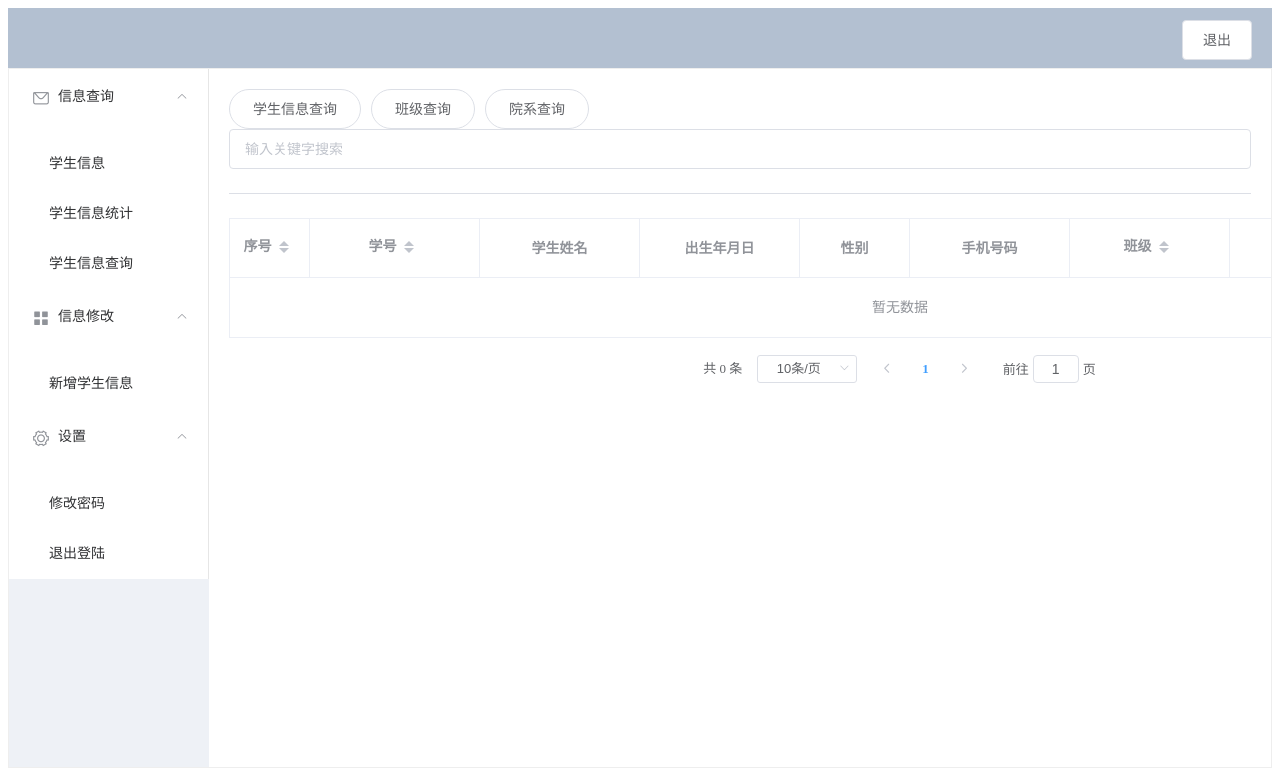
Repository: zhu-jun-xian/Student_information_management_system
Page: /selectstudent (app in front_end/front_end/)
The author's editor kept a copy of each file at every save. The page is drawn from the files as they stood at one save, then again after the next save.
The browser window is 1280 px wide. The pictures show the whole page.
The page's requests for data from a server got no answer. The project was rebuilt for these pictures with package versions that can differ from the ones it lists, and the page was loaded fresh each time. No one was signed in, and anything a server would have sent is missing. Also part of the build but not shown: front_end/front_end/src/components/login.vue, front_end/front_end/src/components/register.vue.

Above is the page before, as saved 2020-11-23 19:16:13.

After the next save:
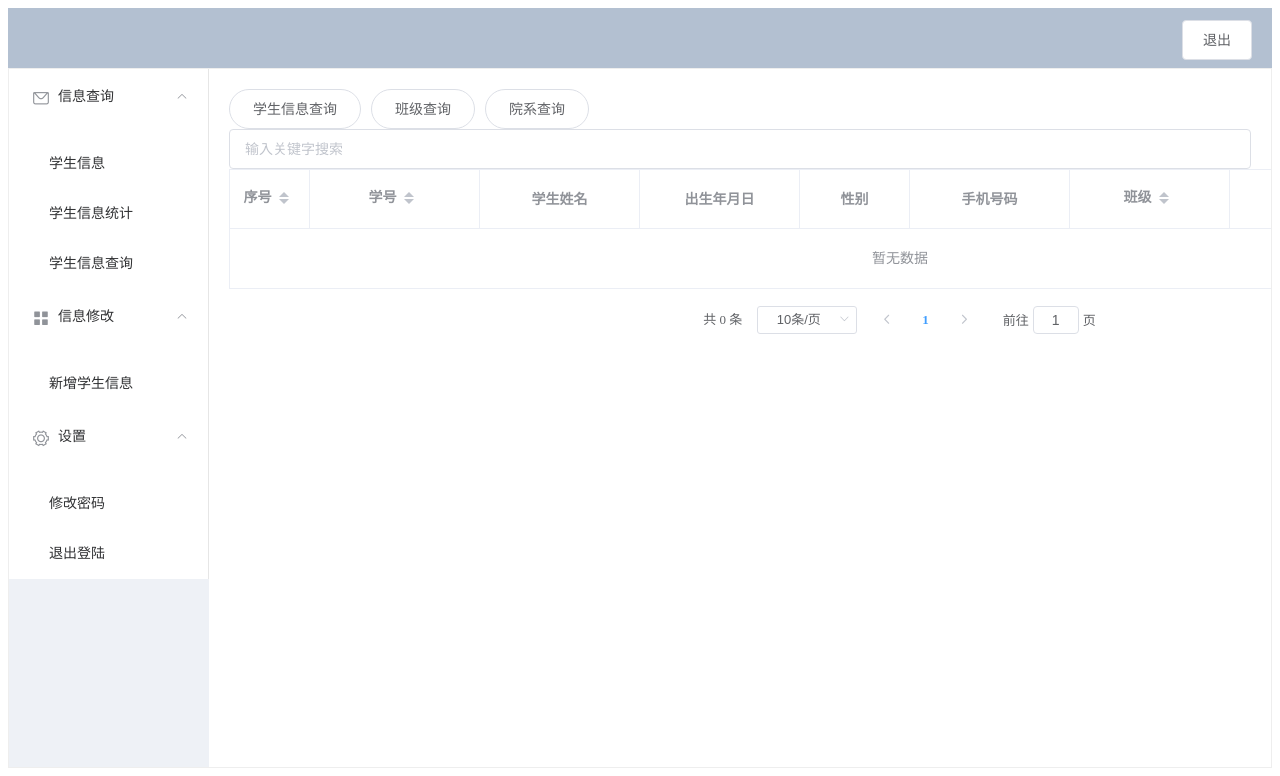
Saved 7 s later.
--- a/front_end/front_end/src/components/User/selectstudent.vue
+++ b/front_end/front_end/src/components/User/selectstudent.vue
@@ -6,7 +6,7 @@
         <el-button round   @click.native="selectclassVisible=true">班级查询</el-button>
         <el-button round   @click.native="selectgendVisible=true">院系查询</el-button>
         <el-input  v-model="search" align="right" width="50px" placeholder="输入关键字搜索"/>
-         <el-divider></el-divider>
+
       </el-row>
     </div>
     <el-container>

After the save that followed:
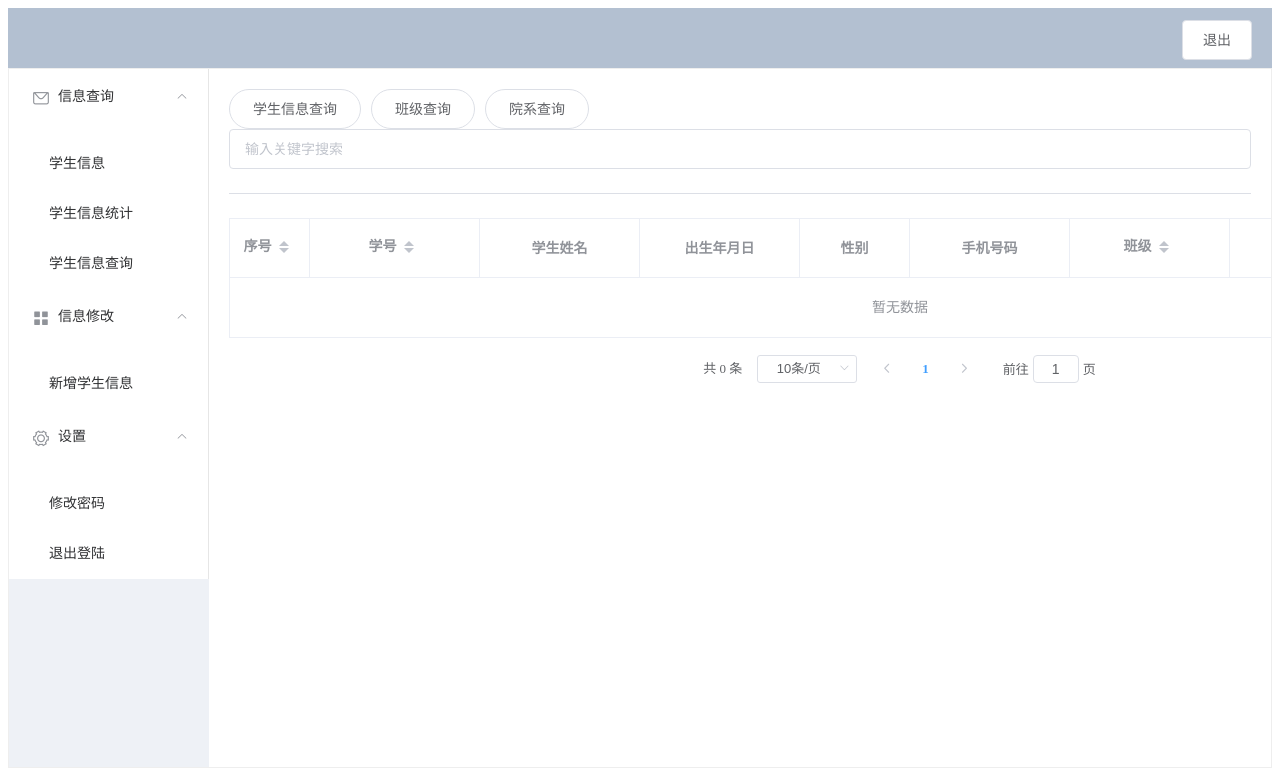
Saved 11 s later.
--- a/front_end/front_end/src/components/User/selectstudent.vue
+++ b/front_end/front_end/src/components/User/selectstudent.vue
@@ -8,6 +8,7 @@
         <el-input  v-model="search" align="right" width="50px" placeholder="输入关键字搜索"/>
 
       </el-row>
+      <el-divider></el-divider>
     </div>
     <el-container>
 
